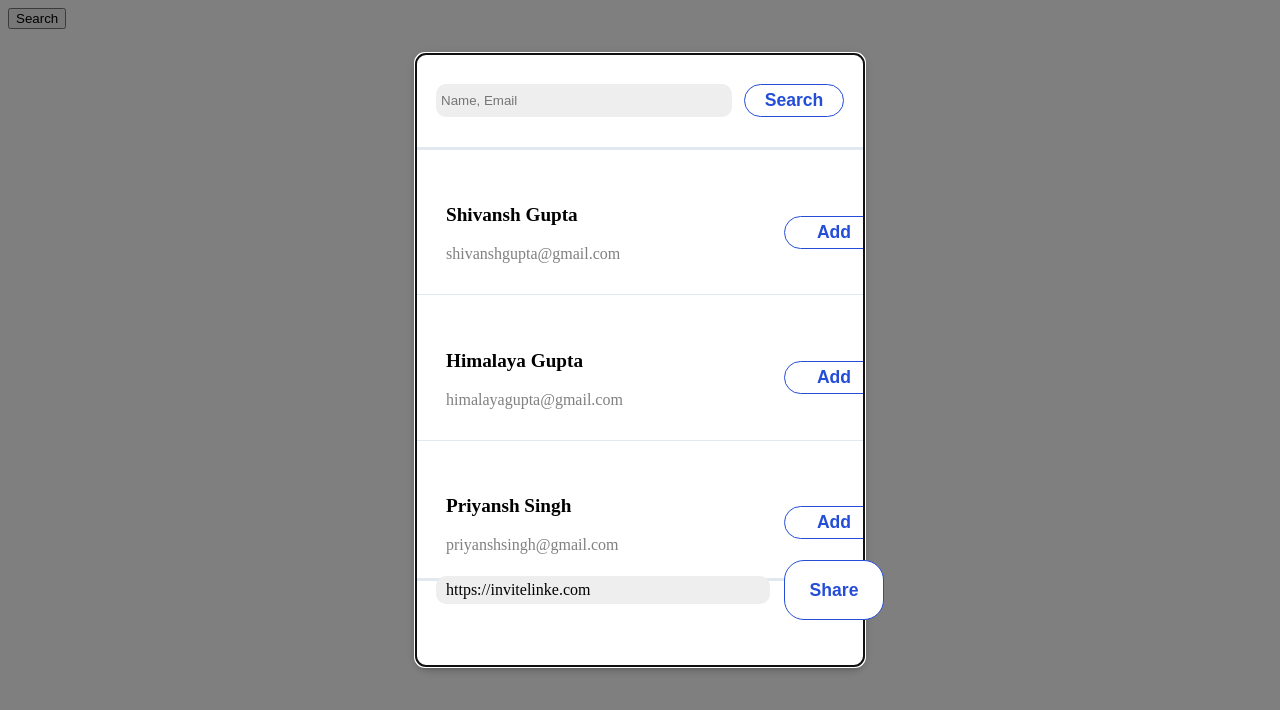
Repository: shiv0403/event-planner
Page: /, after clicking the first element matching `button`
The author's editor kept a copy of each file at every save. The page is drawn from the files as they stood at one save, then again after the next save.
The browser window is 1280 px wide. The pictures show the whole page.
An inner scrolling area shows only its first screen. The project was rebuilt for these pictures with package versions that can differ from the ones it lists, and the page was loaded fresh each time.

Above is the page before, as saved 2021-07-27 12:54:27.

After the next save:
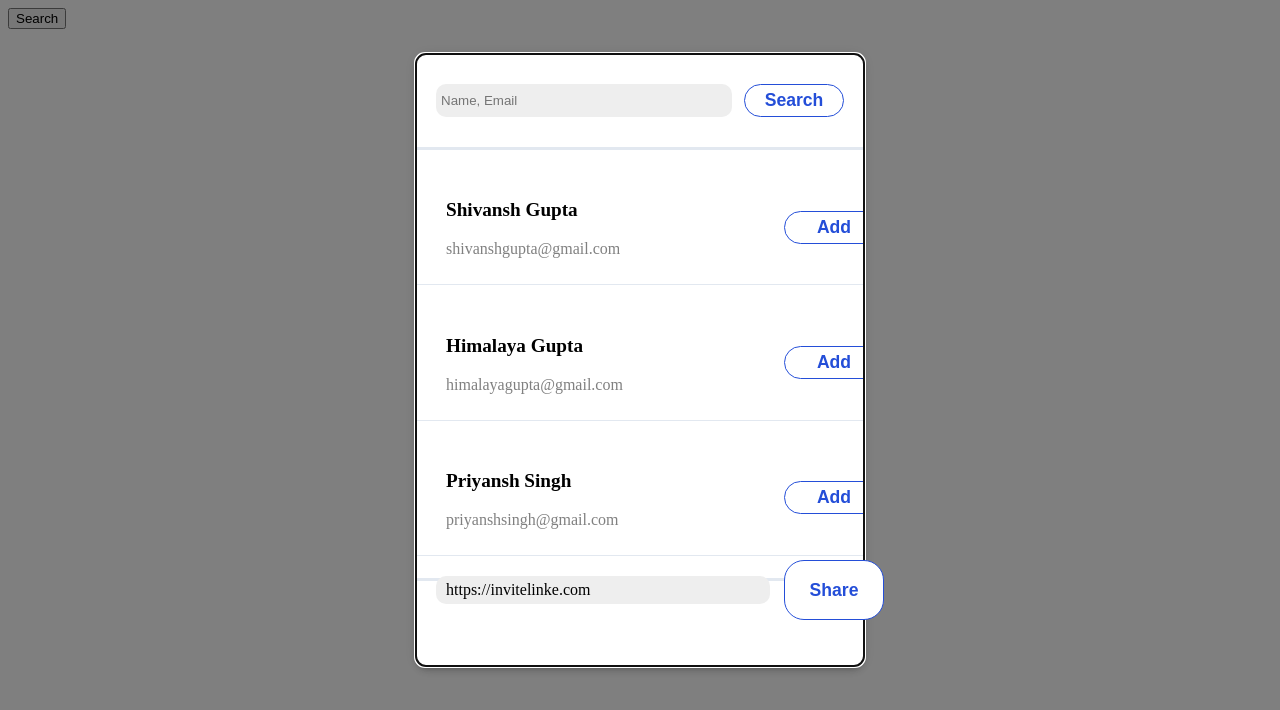
Saved 28 s later.
--- a/src/Components/SearchModal/SearchPerson.css
+++ b/src/Components/SearchModal/SearchPerson.css
@@ -2,7 +2,7 @@
   display: flex;
   justify-content: space-between;
   align-items: center;
-  padding: 5px 20px;
+  padding: 0px 20px;
   width: 100%;
   margin: 20px auto;
 }

After the save that followed:
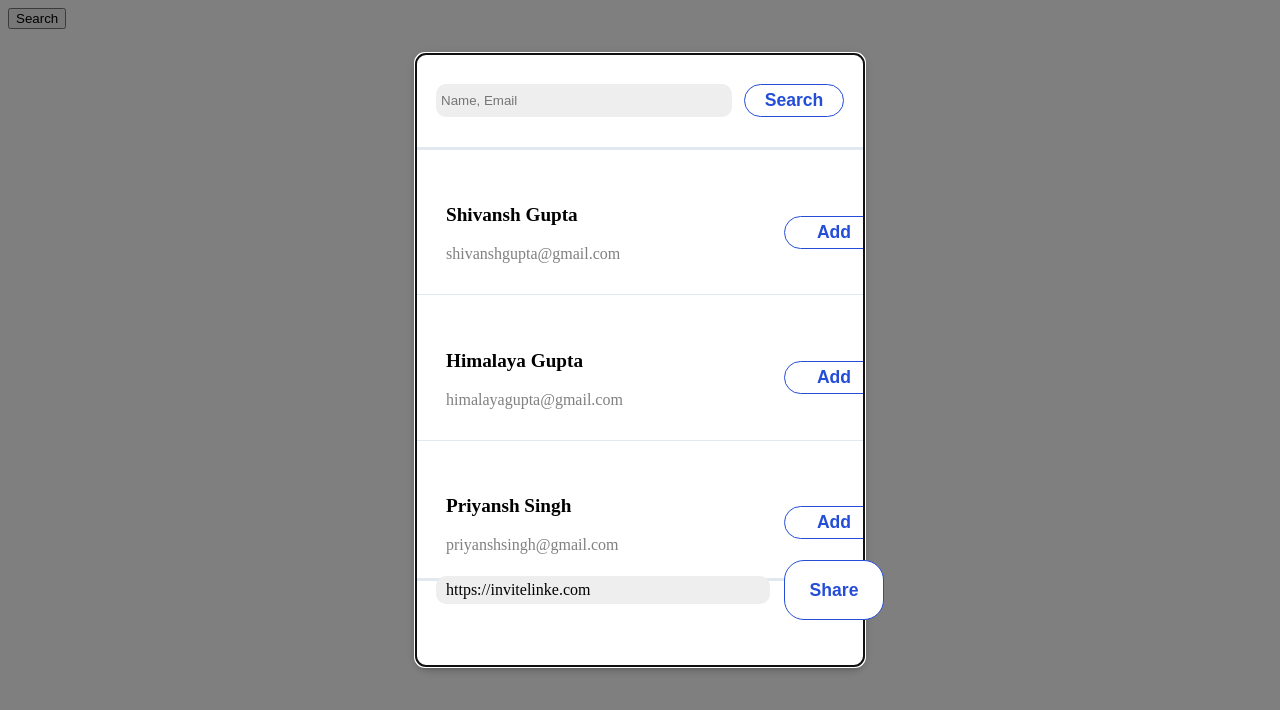
Saved 13 s later.
--- a/src/Components/SearchModal/SearchPerson.css
+++ b/src/Components/SearchModal/SearchPerson.css
@@ -2,7 +2,7 @@
   display: flex;
   justify-content: space-between;
   align-items: center;
-  padding: 0px 20px;
+  padding: 5px 20px;
   width: 100%;
   margin: 20px auto;
 }
